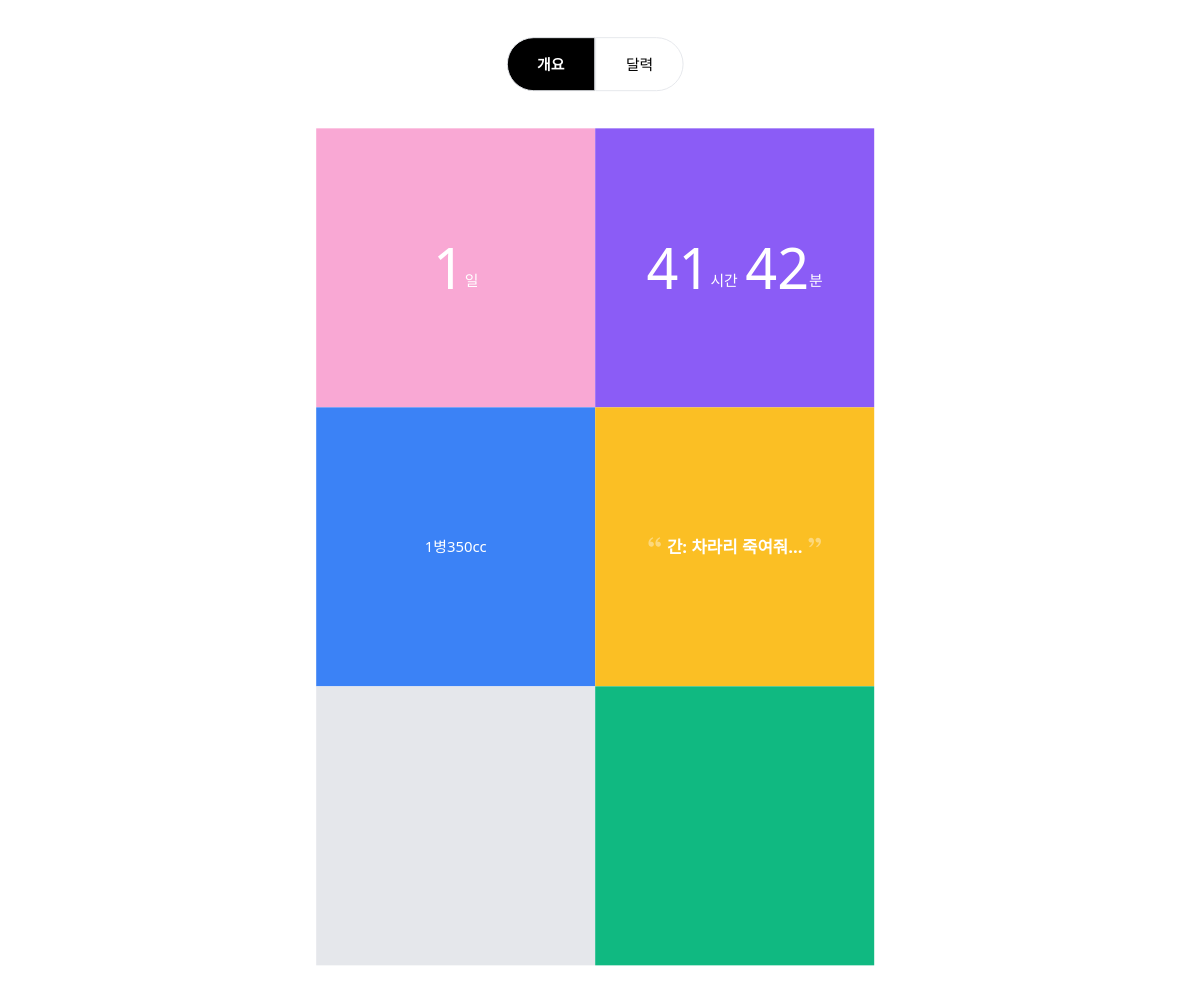
Repository: honey-punch/my-alcohol
Page: /
These files come from the project's save history. The page is drawn as it stood at one moment and after the next save; the edit follows.
The browser window is 1280 px wide. The pictures show the whole page, at 93% of full size.
The project was rebuilt for these pictures with package versions that can differ from the ones it lists, and the page was loaded fresh each time. The framework's server and built-in components were replaced by stand-ins that run in the browser. Also part of the build but not shown: next.config.ts, src/app/_component/Calendar.tsx.

Above is the page before, as saved 2025-02-10 16:20:29.

### src/app/page.tsx
"use client";

import { useState } from "react";
import Summary from "./_component/Summary";
import Calendar from "./_component/Calendar";

type ViewType = "summary" | "calendar";

export default function Home() {
  // useState
  const [viewType, setViewType] = useState<ViewType>("summary");

  // functions
  function handleChangeViewType() {
    if (viewType === "summary") {
      setViewType("calendar");
    } else {
      setViewType("summary");
    }
  }

  return (
    <div className="w-full flex flex-col items-center p-10 gap-10">
      <div onClick={handleChangeViewType} className="flex">
        <button
          className={`${
            viewType === "summary"
              ? "bg-black text-white font-black"
              : "hover:bg-black/20"
          } rounded-s-full border px-8 py-4 transition-colors`}
        >
          개요
        </button>
        <button
          className={`${
            viewType === "calendar"
              ? "bg-black text-white font-black"
              : "hover:bg-black/20"
          } rounded-e-full border px-8 py-4 transition-colors`}
        >
          달력
        </button>
      </div>
      {viewType === "summary" ? <Summary /> : <Calendar />}
    </div>
  );
}

### src/app/_component/Summary.tsx
import { RiDoubleQuotesL } from "react-icons/ri";
import { RiDoubleQuotesR } from "react-icons/ri";

const BOX_SIZE = 300;

export default function Summary() {
  const today = new Date();

  // TODO - DB에서 받아온 술마신 날들 중 가장 마지막 날
  const lastDay = new Date("2025-02-08T22:00:00");

  // 1, 2번 박스
  const diffMs = Math.abs(today.getTime() - lastDay.getTime());
  const diffDay = Math.floor(diffMs / (1000 * 60 * 60 * 24));
  const diffHour = Math.floor(diffMs / (1000 * 60 * 60));
  const diffMin = Math.floor((diffMs % (1000 * 60 * 60)) / (1000 * 60));
  const diffTime = { diffHour, diffMin };

  // 3번 박스
  // TODO - DB에서 받아와서 계산할 평균 용량
  const ex = {
    // 병단위
    soju: 1,
    // cc단위
    beer: 350,
  };

  // 4번 박스
  // TODO - DB에 저장해볼까
  const wiseSaying = [
    "내가 또 술을 마시면 개다.",
    "간한테 미안하지도 않냐?",
    "간: 차라리 죽여줘...",
    "술마시면 하루가 날라간다.",
    "안마셔도 생각보다 괜찮다.",
    "마시고 후회할꺼 왜마시냐?",
  ];
  const randomWiseSaying =
    wiseSaying[Math.floor(Math.random() * wiseSaying.length)];

  return (
    <div className="grid grid-cols-2">
      {/* 1번 박스 - 일수 */}
      <div
        style={{ width: `${BOX_SIZE}px`, height: BOX_SIZE }}
        className="bg-pink-300 text-white flex justify-center items-center"
      >
        <span className="text-6xl">{diffDay}</span>
        <span className="mt-7">일</span>
      </div>

      {/* 2번 박스 - 시간 */}
      <div
        style={{ width: `${BOX_SIZE}px`, height: BOX_SIZE }}
        className="bg-violet-500 text-white flex justify-center items-center"
      >
        <span className="text-6xl">{diffTime.diffHour}</span>
        <span className="mt-7 mr-2">시간</span>
        <span className="text-6xl">{diffTime.diffMin}</span>
        <span className="mt-7">분</span>
      </div>

      {/* 3번 박스 - 평균 주량 */}
      <div
        style={{ width: `${BOX_SIZE}px`, height: BOX_SIZE }}
        className="bg-blue-500 text-white flex justify-center items-center"
      >
        <span>{ex.soju}</span>
        <span>병</span>
        <span>{ex.beer}</span>
        <span>cc</span>
      </div>

      {/* 4번 박스 - 명언(같은 개소리) */}
      <div
        style={{ width: `${BOX_SIZE}px`, height: BOX_SIZE }}
        className="bg-amber-400 text-white flex justify-center items-center text-3xl"
      >
        <div className="flex text-lg font-semibold gap-1">
          <RiDoubleQuotesL className="opacity-40" />
          {randomWiseSaying}
          <RiDoubleQuotesR className="opacity-40" />
        </div>
      </div>

      {/* 5번 박스 - 왜하냐(본인이 설정하는 동기부여) */}
      <div
        style={{ width: `${BOX_SIZE}px`, height: BOX_SIZE }}
        className="bg-gray-200 text-white flex justify-center items-center text-3xl"
      ></div>

      {/* 6번 박스 - 1번 박스 * 3번 박스 * 술값으로 얼마 아꼈는지 */}
      <div
        style={{ width: `${BOX_SIZE}px`, height: BOX_SIZE }}
        className="bg-emerald-500 text-white flex justify-center items-center text-3xl"
      ></div>
    </div>
  );
}

Loaded but not shown: src/app/layout.tsx (common file); src/app/globals.css (common file); tailwind.config.ts (common file)

After the next save:
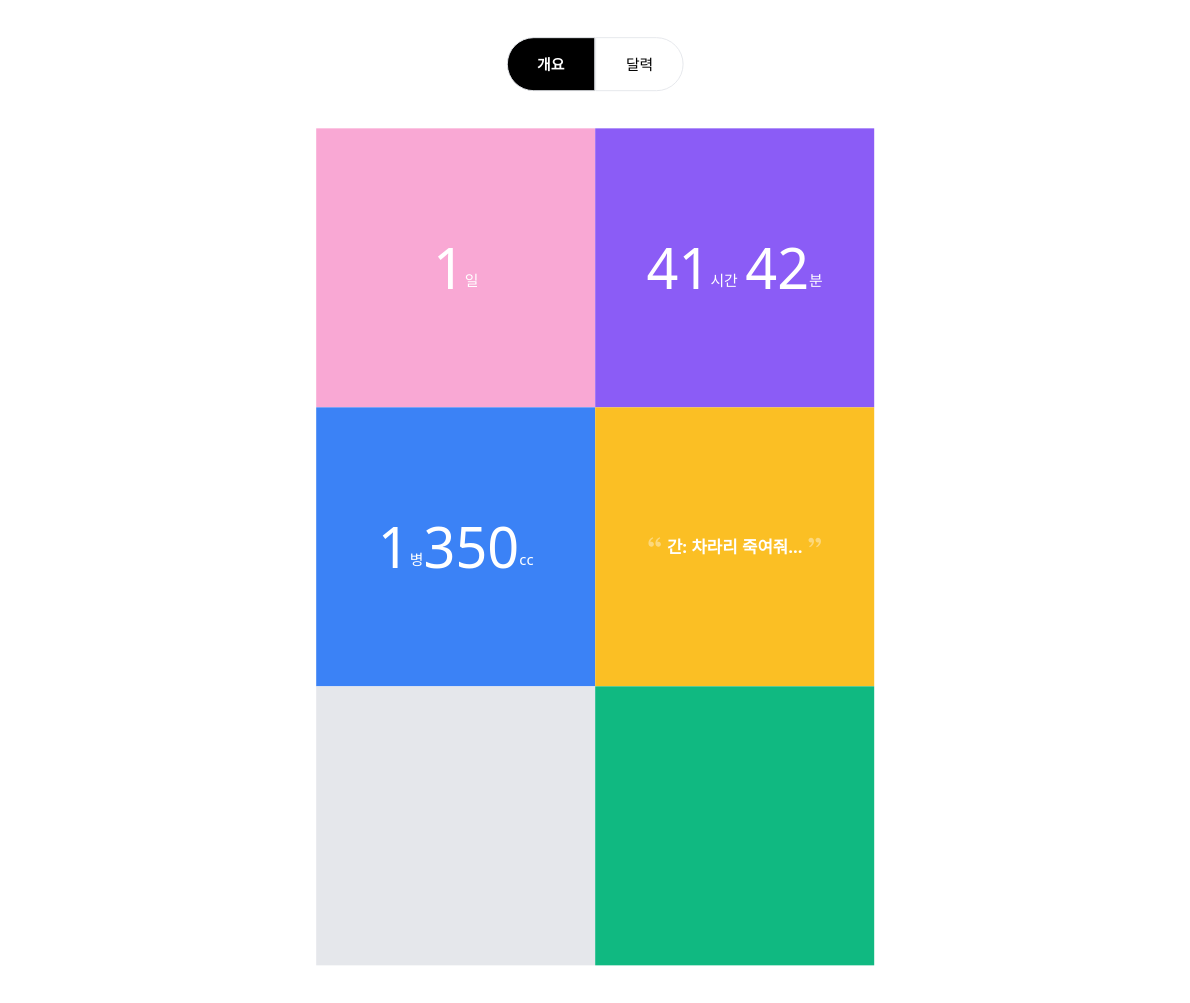
Saved 15 s later.
--- a/src/app/_component/Summary.tsx
+++ b/src/app/_component/Summary.tsx
@@ -65,10 +65,10 @@ export default function Summary() {
         style={{ width: `${BOX_SIZE}px`, height: BOX_SIZE }}
         className="bg-blue-500 text-white flex justify-center items-center"
       >
-        <span>{ex.soju}</span>
-        <span>병</span>
-        <span>{ex.beer}</span>
-        <span>cc</span>
+        <span className="text-6xl">{ex.soju}</span>
+        <span className="mt-7">병</span>
+        <span className="text-6xl">{ex.beer}</span>
+        <span className="mt-7">cc</span>
       </div>
 
       {/* 4번 박스 - 명언(같은 개소리) */}
